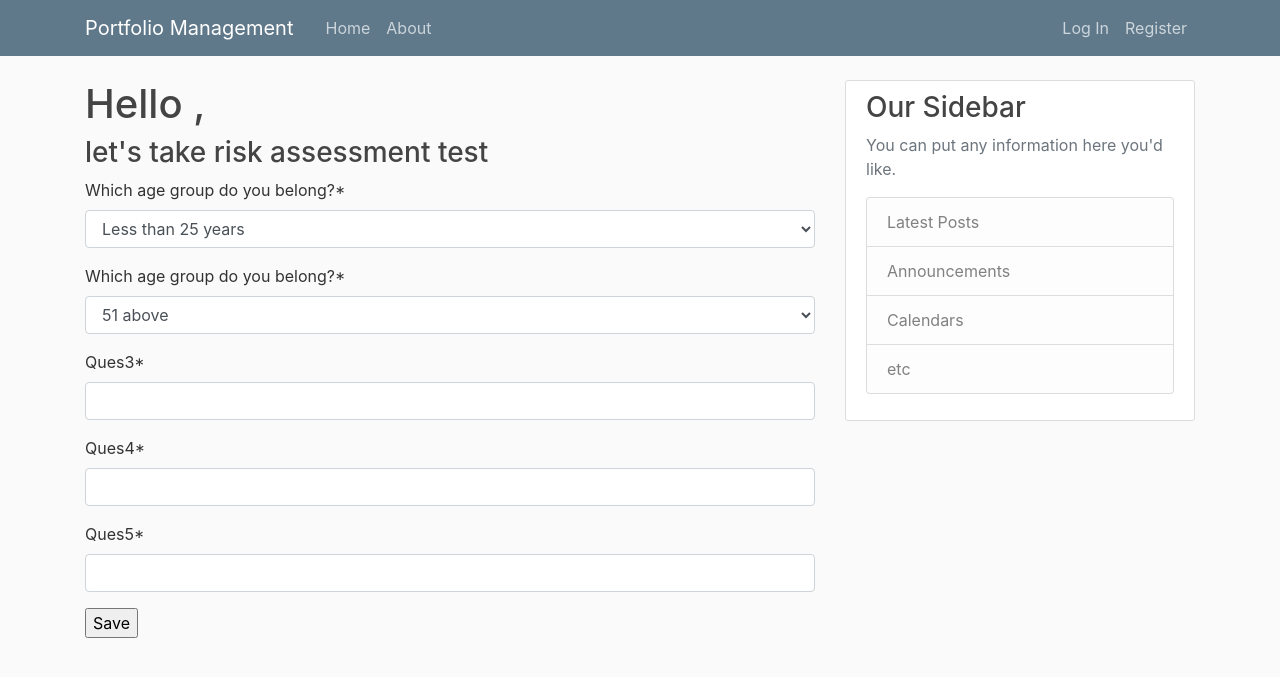
Repository: rahulsolankib/portfolio
Page: http://localhost/questions/
The author's editor kept a copy of each file at every save. The page is drawn from the files as they stood at one save, then again after the next save.
The browser window is 1280 px wide. The pictures show the whole page.
The page is served by the project's application, run on Django 3.2 (manage.py).

Above is the page before, as saved 2020-10-20 00:31:53.

After the next save:
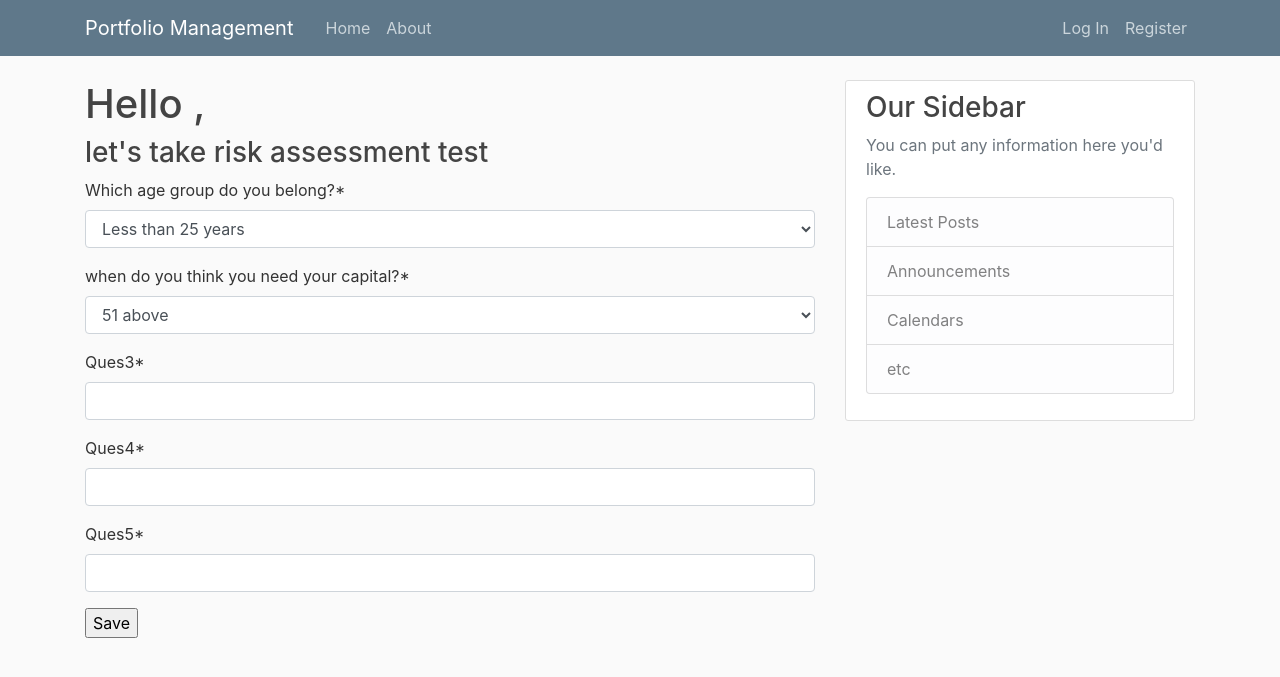
Saved 109 s later.
--- a/riskCalculator/forms.py
+++ b/riskCalculator/forms.py
@@ -12,7 +12,7 @@ class QForm(forms.Form):
     )
 
     ques1 = forms.TypedChoiceField(label='Which age group do you belong?',choices=age_group, coerce=int, initial=4)
-    ques2 = forms.TypedChoiceField(label='Which age group do you belong?',choices=age_group, coerce=int, initial=1)
+    ques2 = forms.TypedChoiceField(label='when do you think you need your capital?',choices=age_group, coerce=int, initial=1)
     ques3 = forms.CharField()
     ques4 = forms.CharField()
     ques5 = forms.CharField()
